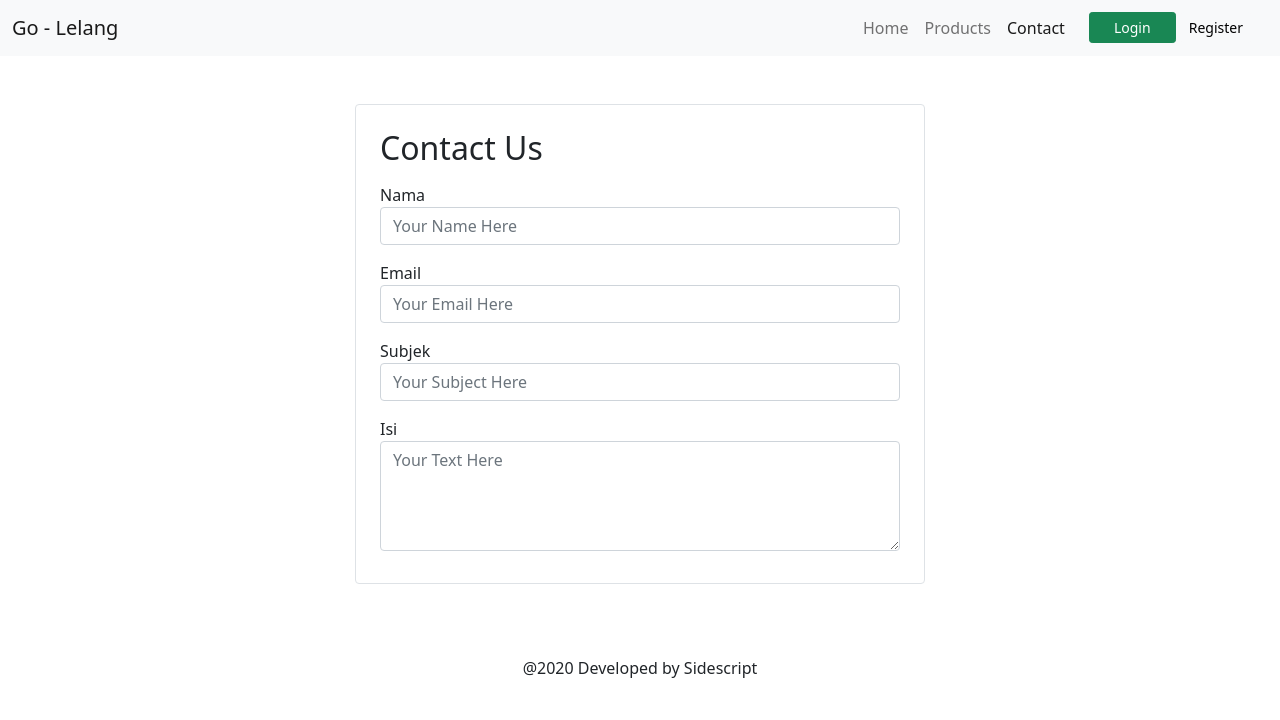
Repository: khulqu15/Go---Lelalng
Page: http://localhost/contact
The author's editor kept a copy of each file at every save. The page is drawn from the files as they stood at one save, then again after the next save.
The browser window is 1280 px wide. The pictures show the whole page.
The page is served by the project's Laravel application, run on PHP 8.4 with Laravel 8.

Above is the page before, as saved 2021-02-22 12:33:05.

After the next save:
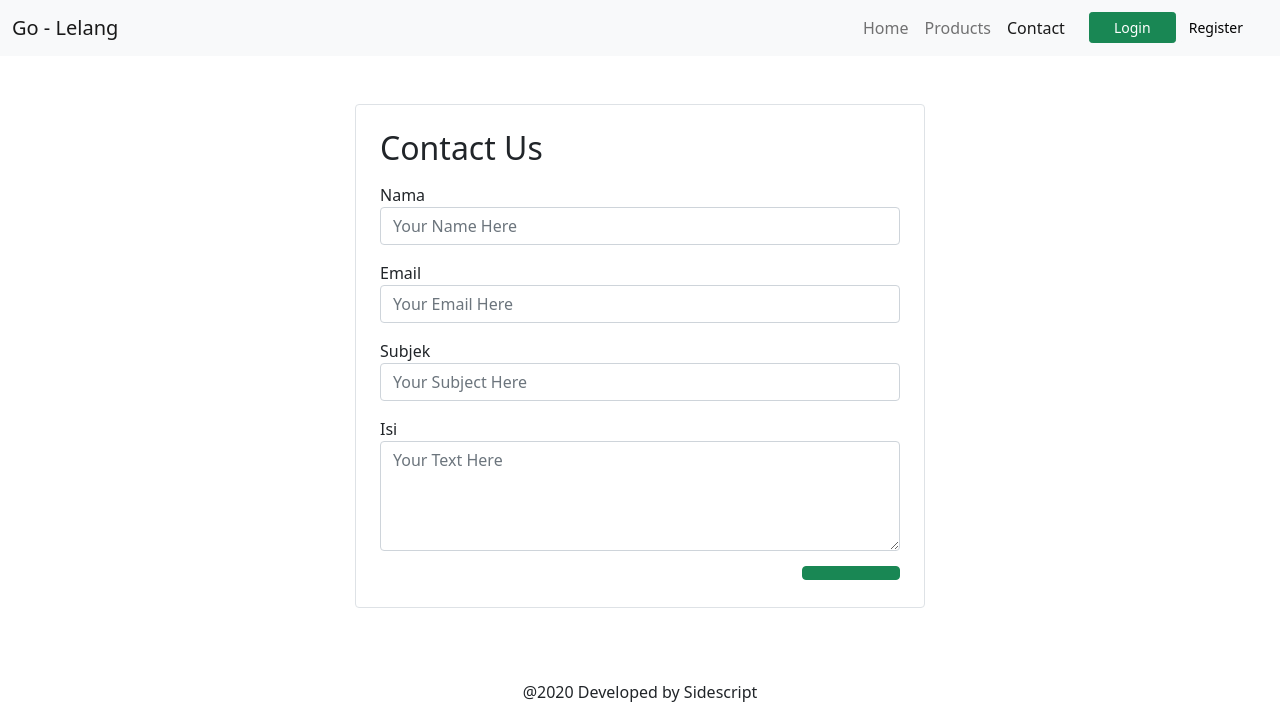
Saved 39 s later.
--- a/resources/views/page/contact.blade.php
+++ b/resources/views/page/contact.blade.php
@@ -26,6 +26,9 @@
                             <label for="subject">Isi</label>
                             <textarea rows="4" type="text" name="subject" placeholder="Your Text Here" class="form-control"></textarea>
                         </div>
+                        <div class="text-right">
+                            <button class="btn btn-success px-5"></button>
+                        </div>
                     </form>
                 </div>
             </div>
